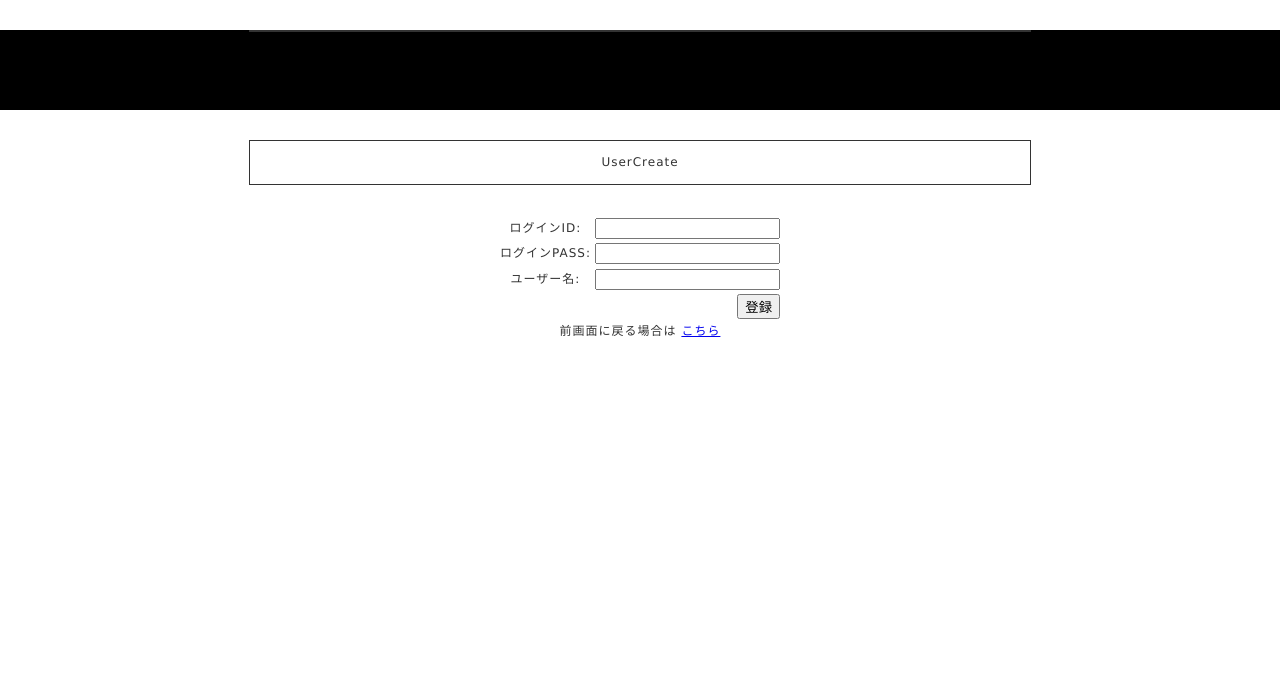
Repository: Numanaka/test
Page: http://localhost/ecsite/userCreate.jsp
The author's editor kept a copy of each file at every save. The page is drawn from the files as they stood at one save, then again after the next save.
The browser window is 1280 px wide. The pictures show the whole page.
The page is served by Tomcat 9.

Above is the page before, as saved 2019-07-10 07:51:49.

After the next save:
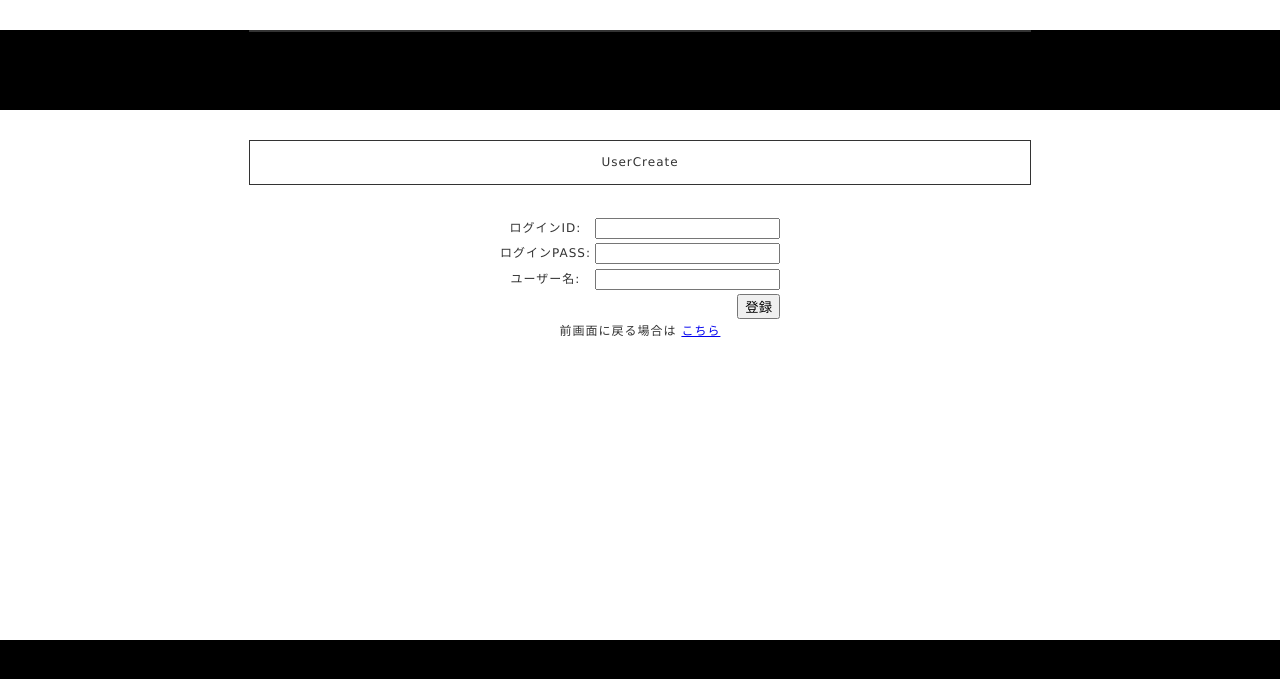
Saved 98 s later.
--- a/ecsite/WebContent/userCreate.jsp
+++ b/ecsite/WebContent/userCreate.jsp
@@ -105,7 +105,13 @@ table{
 		<span>前画面に戻る場合は</span>
 		<a href='<s:url action="HomeAction"/>'>こちら</a>
 	</div>
+
 	</div>
+</div>
+
+<div id="footer">
+	<div id="pr"></div>
+</div>
 
 
 
